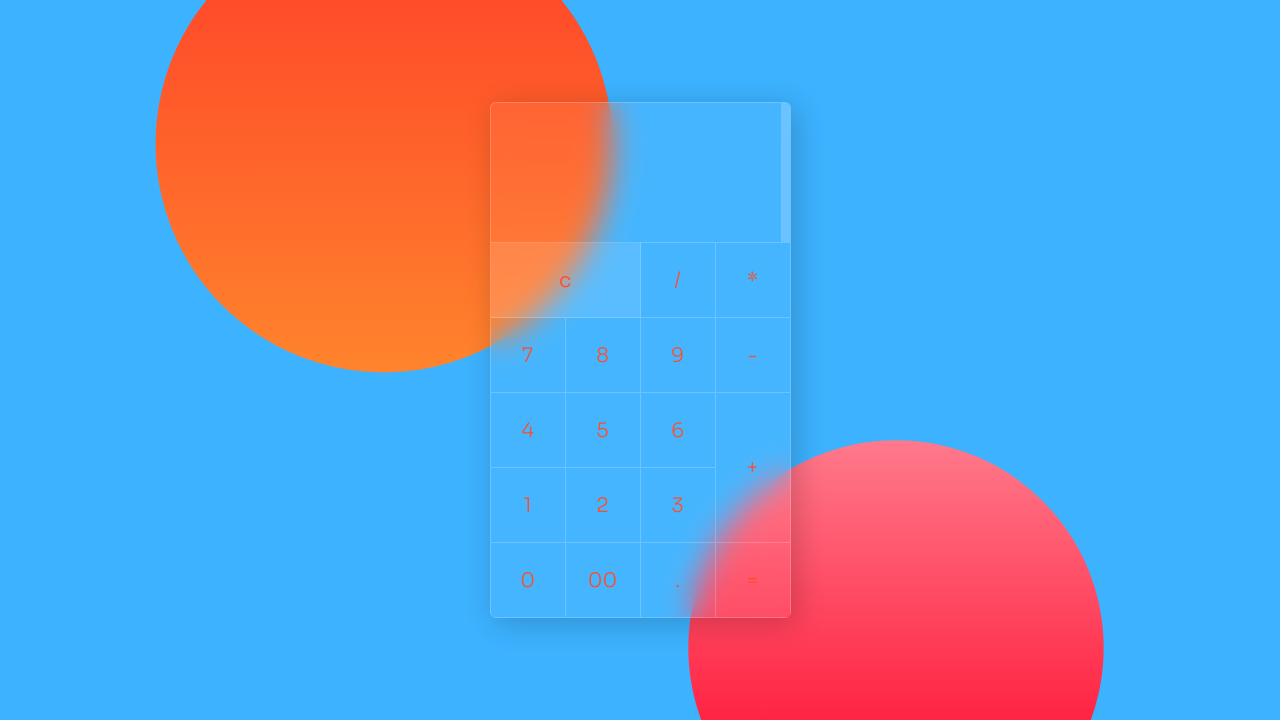
Repository: tharunkumaar404/Glass-Calci
Page: index.html
These files come from the project's save history. The page is drawn as it stood at one moment and after the next save; the edit follows.
The browser window is 1280 px wide. The pictures show the whole page.

Above is the page before, as saved 2021-08-26 15:08:05.

### index.html
<!DOCTYPE html>
<html lang="en">
<head>
    <meta charset="UTF-8">
    <meta http-equiv="X-UA-Compatible" content="IE=edge">
    <meta name="viewport" content="width=device-width, initial-scale=1.0">
    <title>Calculator</title>
    <link rel="stylesheet" href="styles.css">
</head>
<body>
    <div class="container">
        <form class="calculator" name="calc">
            <input type="text" readonly class="value" name="txt"/>
            <span class="num clear" onclick="calc.txt.value = ''">c</span>
            <span class="num" onclick="document.calc.txt.value +='/'">/</span>
            <span class="num" onclick="document.calc.txt.value +='*'">*</span>
            <span class="num" onclick="document.calc.txt.value +='7'">7</span>
            <span class="num" onclick="document.calc.txt.value +='8'">8</span>
            <span class="num" onclick="document.calc.txt.value +='9'">9</span>
            <span class="num" onclick="document.calc.txt.value +='-'">-</span>
            <span class="num" onclick="document.calc.txt.value +='4'">4</span>
            <span class="num " onclick="document.calc.txt.value +='5'">5</span>
            <span class="num" onclick="document.calc.txt.value +='6'">6</span>
            <span class="num plus" onclick="document.calc.txt.value +='+'">+</span>
            <span class="num" onclick="document.calc.txt.value +='1'">1</span>
            <span class="num" onclick="document.calc.txt.value +='2'">2</span>
            <span class="num" onclick="document.calc.txt.value +='3'">3</span>
            <span class="num" onclick="document.calc.txt.value +='0'">0</span>
            <span class="num" onclick="document.calc.txt.value +='00'">00</span>
            <span class="num" onclick="document.calc.txt.value +='.'"">.</span>
            <span class="num equal" onclick="document.calc.txt.value =eval(calc.txt.value)">=</span>
        </form>
    </div>
    <script type="text/javascript" src="vanilla-tilt.js"></script>
    <script type="text/javascript">
    	VanillaTilt.init(document.querySelector(".container"), {
    		max: 15,
    		speed: 400,
            glare: true,
            "max-glare":0.2,
            gyroscope:true,
    	});
    </script>
</body>
</html>

### styles.css
@import url('https://fonts.googleapis.com/css2?family=Sora:wght@300&display=swap');

*{
    margin: 0;
    padding: 0;
    box-sizing: border-box;
    font-family: 'Sora', sans-serif;
}

body{
display:flex;
justify-content: center;
align-items: center;
min-height: 100vh;
background: #3DB2FF;
}

body::before{
    content: '';
    position: absolute;
    top: 0;
    left:0;
    width: 100%;
    height:100%;
    background:linear-gradient(#FF4C29,#FFB830);
    clip-path: circle(22% at 30% 20%);
}
body::after{
    content: '';
    position: absolute;
    top: 0;
    left:0;
    width: 100%;
    height:100%;
    background:linear-gradient(#fff,#FF2442);
    clip-path: circle(20% at 70% 90%);
}

.container{
    position:relative;
    background: rgba(255,255,255,0.05);
    border-radius: 6px;
    overflow: hidden;
    z-index:10;
    backdrop-filter: blur(15px);
    border-top: 1px solid rgba(255,255,255,0.2);
    border-left:1px solid rgba(255,255,255,0.2);
    box-shadow: 5px 5px 30px rgba(0,0,0,0.2);

}

.container .calculator{
    position:relative;
    display:grid;

}

.container .calculator .value{
    grid-column: span 4;
    height: 140px;
    width:300px;
    text-align:right;
    border:none;
    outline:none;
    padding:10px;
    font-size:30px;
    background: transparent;
    color: #000;
    border-bottom: 1px solid rgba(255,255,255,0.2);
    border-right:10px solid rgba(255,255,255,0.2);


}
.container .calculator span {
    display:grid;
    place-items:center;
    height: 75px;
    width:75px;
    color: #FF4C29;
    cursor:pointer;
    font-weight:400;
    font-size:20px;
    user-select:none;
    border-bottom: 1px solid rgba(255,255,255,0.2);
    border-right:1px solid rgba(255,2555,255,0.2);
    transition: 0.5s;


}
.container .calculator span:hover{
    transition: 0s;
    background: rgba(255,255,255,0.1);
}

.container .calculator span:active{
    background: #1B1A17;
    color: #F7F3E9;
    font-size: 24px;
    font-weight: 500;

}
.container .calculator .clear{
    grid-column: span 2;
    width:150px;
    background: rgba(255,255,255,0.1);
}
.container .calculator .plus{
grid-row: span 2;
height:150px;
}

### vanilla-tilt.js
var VanillaTilt = (function () {
'use strict';

/**
 * Created by Sergiu Șandor (micku7zu) on 1/27/2017.
 * Original idea: https://github.com/gijsroge/tilt.js
 * MIT License.
 * Version 1.7.1
 */

class VanillaTilt {
  constructor(element, settings = {}) {
    if (!(element instanceof Node)) {
      throw ("Can't initialize VanillaTilt because " + element + " is not a Node.");
    }

    this.width = null;
    this.height = null;
    this.clientWidth = null;
    this.clientHeight = null;
    this.left = null;
    this.top = null;

    // for Gyroscope sampling
    this.gammazero = null;
    this.betazero = null;
    this.lastgammazero = null;
    this.lastbetazero = null;

    this.transitionTimeout = null;
    this.updateCall = null;
    this.event = null;

    this.updateBind = this.update.bind(this);
    this.resetBind = this.reset.bind(this);

    this.element = element;
    this.settings = this.extendSettings(settings);

    this.reverse = this.settings.reverse ? -1 : 1;
    this.glare = VanillaTilt.isSettingTrue(this.settings.glare);
    this.glarePrerender = VanillaTilt.isSettingTrue(this.settings["glare-prerender"]);
    this.fullPageListening = VanillaTilt.isSettingTrue(this.settings["full-page-listening"]);
    this.gyroscope = VanillaTilt.isSettingTrue(this.settings.gyroscope);
    this.gyroscopeSamples = this.settings.gyroscopeSamples;

    this.elementListener = this.getElementListener();

    if (this.glare) {
      this.prepareGlare();
    }

    if (this.fullPageListening) {
      this.updateClientSize();
    }

    this.addEventListeners();
    this.updateInitialPosition();
  }

  static isSettingTrue(setting) {
    return setting === "" || setting === true || setting === 1;
  }

  /**
   * Method returns element what will be listen mouse events
   * @return {Node}
   */
  getElementListener() {
    if (this.fullPageListening) {
      return window.document;
    }

    if (typeof this.settings["mouse-event-element"] === "string") {
      const mouseEventElement = document.querySelector(this.settings["mouse-event-element"]);

      if (mouseEventElement) {
        return mouseEventElement;
      }
    }

    if (this.settings["mouse-event-element"] instanceof Node) {
      return this.settings["mouse-event-element"];
    }

    return this.element;
  }

  /**
   * Method set listen methods for this.elementListener
   * @return {Node}
   */
  addEventListeners() {
    this.onMouseEnterBind = this.onMouseEnter.bind(this);
    this.onMouseMoveBind = this.onMouseMove.bind(this);
    this.onMouseLeaveBind = this.onMouseLeave.bind(this);
    this.onWindowResizeBind = this.onWindowResize.bind(this);
    this.onDeviceOrientationBind = this.onDeviceOrientation.bind(this);

    this.elementListener.addEventListener("mouseenter", this.onMouseEnterBind);
    this.elementListener.addEventListener("mouseleave", this.onMouseLeaveBind);
    this.elementListener.addEventListener("mousemove", this.onMouseMoveBind);

    if (this.glare || this.fullPageListening) {
      window.addEventListener("resize", this.onWindowResizeBind);
    }

    if (this.gyroscope) {
      window.addEventListener("deviceorientation", this.onDeviceOrientationBind);
    }
  }

  /**
   * Method remove event listeners from current this.elementListener
   */
  removeEventListeners() {
    this.elementListener.removeEventListener("mouseenter", this.onMouseEnterBind);
    this.elementListener.removeEventListener("mouseleave", this.onMouseLeaveBind);
    this.elementListener.removeEventListener("mousemove", this.onMouseMoveBind);

    if (this.gyroscope) {
      window.removeEventListener("deviceorientation", this.onDeviceOrientationBind);
    }

    if (this.glare || this.fullPageListening) {
      window.removeEventListener("resize", this.onWindowResizeBind);
    }
  }

  destroy() {
    clearTimeout(this.transitionTimeout);
    if (this.updateCall !== null) {
      cancelAnimationFrame(this.updateCall);
    }

    this.reset();

    this.removeEventListeners();
    this.element.vanillaTilt = null;
    delete this.element.vanillaTilt;

    this.element = null;
  }

  onDeviceOrientation(event) {
    if (event.gamma === null || event.beta === null) {
      return;
    }

    this.updateElementPosition();

    if (this.gyroscopeSamples > 0) {
      this.lastgammazero = this.gammazero;
      this.lastbetazero = this.betazero;

      if (this.gammazero === null) {
        this.gammazero = event.gamma;
        this.betazero = event.beta;
      } else {
        this.gammazero = (event.gamma + this.lastgammazero) / 2;
        this.betazero = (event.beta + this.lastbetazero) / 2;
      }

      this.gyroscopeSamples -= 1;
    }

    const totalAngleX = this.settings.gyroscopeMaxAngleX - this.settings.gyroscopeMinAngleX;
    const totalAngleY = this.settings.gyroscopeMaxAngleY - this.settings.gyroscopeMinAngleY;

    const degreesPerPixelX = totalAngleX / this.width;
    const degreesPerPixelY = totalAngleY / this.height;

    const angleX = event.gamma - (this.settings.gyroscopeMinAngleX + this.gammazero);
    const angleY = event.beta - (this.settings.gyroscopeMinAngleY + this.betazero);

    const posX = angleX / degreesPerPixelX;
    const posY = angleY / degreesPerPixelY;

    if (this.updateCall !== null) {
      cancelAnimationFrame(this.updateCall);
    }

    this.event = {
      clientX: posX + this.left,
      clientY: posY + this.top,
    };

    this.updateCall = requestAnimationFrame(this.updateBind);
  }

  onMouseEnter() {
    this.updateElementPosition();
    this.element.style.willChange = "transform";
    this.setTransition();
  }

  onMouseMove(event) {
    if (this.updateCall !== null) {
      cancelAnimationFrame(this.updateCall);
    }

    this.event = event;
    this.updateCall = requestAnimationFrame(this.updateBind);
  }

  onMouseLeave() {
    this.setTransition();

    if (this.settings.reset) {
      requestAnimationFrame(this.resetBind);
    }
  }

  reset() {
    this.event = {
      clientX: this.left + this.width / 2,
      clientY: this.top + this.height / 2
    };

    if (this.element && this.element.style) {
      this.element.style.transform = `perspective(${this.settings.perspective}px) ` +
        `rotateX(0deg) ` +
        `rotateY(0deg) ` +
        `scale3d(1, 1, 1)`;
    }

    this.resetGlare();
  }

  resetGlare() {
    if (this.glare) {
      this.glareElement.style.transform = "rotate(180deg) translate(-50%, -50%)";
      this.glareElement.style.opacity = "0";
    }
  }

  updateInitialPosition() {
    if (this.settings.startX === 0 && this.settings.startY === 0) {
      return;
    }

    this.onMouseEnter();

    if (this.fullPageListening) {
      this.event = {
        clientX: (this.settings.startX + this.settings.max) / (2 * this.settings.max) * this.clientWidth,
        clientY: (this.settings.startY + this.settings.max) / (2 * this.settings.max) * this.clientHeight
      };
    } else {
      this.event = {
        clientX: this.left + ((this.settings.startX + this.settings.max) / (2 * this.settings.max) * this.width),
        clientY: this.top + ((this.settings.startY + this.settings.max) / (2 * this.settings.max) * this.height)
      };
    }


    let backupScale = this.settings.scale;
    this.settings.scale = 1;
    this.update();
    this.settings.scale = backupScale;
    this.resetGlare();
  }

  getValues() {
    let x, y;

    if (this.fullPageListening) {
      x = this.event.clientX / this.clientWidth;
      y = this.event.clientY / this.clientHeight;
    } else {
      x = (this.event.clientX - this.left) / this.width;
      y = (this.event.clientY - this.top) / this.height;
    }

    x = Math.min(Math.max(x, 0), 1);
    y = Math.min(Math.max(y, 0), 1);

    let tiltX = (this.reverse * (this.settings.max - x * this.settings.max * 2)).toFixed(2);
    let tiltY = (this.reverse * (y * this.settings.max * 2 - this.settings.max)).toFixed(2);
    let angle = Math.atan2(this.event.clientX - (this.left + this.width / 2), -(this.event.clientY - (this.top + this.height / 2))) * (180 / Math.PI);

    return {
      tiltX: tiltX,
      tiltY: tiltY,
      percentageX: x * 100,
      percentageY: y * 100,
      angle: angle
    };
  }

  updateElementPosition() {
    let rect = this.element.getBoundingClientRect();

    this.width = this.element.offsetWidth;
    this.height = this.element.offsetHeight;
    this.left = rect.left;
    this.top = rect.top;
  }

  update() {
    let values = this.getValues();

    this.element.style.transform = "perspective(" + this.settings.perspective + "px) " +
      "rotateX(" + (this.settings.axis === "x" ? 0 : values.tiltY) + "deg) " +
      "rotateY(" + (this.settings.axis === "y" ? 0 : values.tiltX) + "deg) " +
      "scale3d(" + this.settings.scale + ", " + this.settings.scale + ", " + this.settings.scale + ")";

    if (this.glare) {
      this.glareElement.style.transform = `rotate(${values.angle}deg) translate(-50%, -50%)`;
      this.glareElement.style.opacity = `${values.percentageY * this.settings["max-glare"] / 100}`;
    }

    this.element.dispatchEvent(new CustomEvent("tiltChange", {
      "detail": values
    }));

    this.updateCall = null;
  }

  /**
   * Appends the glare element (if glarePrerender equals false)
   * and sets the default style
   */
  prepareGlare() {
    // If option pre-render is enabled we assume all html/css is present for an optimal glare effect.
    if (!this.glarePrerender) {
      // Create glare element
      const jsTiltGlare = document.createElement("div");
      jsTiltGlare.classList.add("js-tilt-glare");

      const jsTiltGlareInner = document.createElement("div");
      jsTiltGlareInner.classList.add("js-tilt-glare-inner");

      jsTiltGlare.appendChild(jsTiltGlareInner);
      this.element.appendChild(jsTiltGlare);
    }

    this.glareElementWrapper = this.element.querySelector(".js-tilt-glare");
    this.glareElement = this.element.querySelector(".js-tilt-glare-inner");

    if (this.glarePrerender) {
      return;
    }

    Object.assign(this.glareElementWrapper.style, {
      "position": "absolute",
      "top": "0",
      "left": "0",
      "width": "100%",
      "height": "100%",
      "overflow": "hidden",
      "pointer-events": "none"
    });

    Object.assign(this.glareElement.style, {
      "position": "absolute",
      "top": "50%",
      "left": "50%",
      "pointer-events": "none",
      "background-image": `linear-gradient(0deg, rgba(255,255,255,0) 0%, rgba(255,255,255,1) 100%)`,
      "width": `${this.element.offsetWidth * 2}px`,
      "height": `${this.element.offsetWidth * 2}px`,
      "transform": "rotate(180deg) translate(-50%, -50%)",
      "transform-origin": "0% 0%",
      "opacity": "0",
    });
  }

  updateGlareSize() {
    if (this.glare) {
      Object.assign(this.glareElement.style, {
        "width": `${this.element.offsetWidth * 2}`,
        "height": `${this.element.offsetWidth * 2}`,
      });
    }
  }

  updateClientSize() {
    this.clientWidth = window.innerWidth
      || document.documentElement.clientWidth
      || document.body.clientWidth;

    this.clientHeight = window.innerHeight
      || document.documentElement.clientHeight
      || document.body.clientHeight;
  }

  onWindowResize() {
    this.updateGlareSize();
    this.updateClientSize();
  }

  setTransition() {
    clearTimeout(this.transitionTimeout);
    this.element.style.transition = this.settings.speed + "ms " + this.settings.easing;
    if (this.glare) this.glareElement.style.transition = `opacity ${this.settings.speed}ms ${this.settings.easing}`;

    this.transitionTimeout = setTimeout(() => {
      this.element.style.transition = "";
      if (this.glare) {
        this.glareElement.style.transition = "";
      }
    }, this.settings.speed);

  }

  /**
   * Method return patched settings of instance
   * @param {boolean} settings.reverse - reverse the tilt direction
   * @param {number} settings.max - max tilt rotation (degrees)
   * @param {startX} settings.startX - the starting tilt on the X axis, in degrees. Default: 0
   * @param {startY} settings.startY - the starting tilt on the Y axis, in degrees. Default: 0
   * @param {number} settings.perspective - Transform perspective, the lower the more extreme the tilt gets
   * @param {string} settings.easing - Easing on enter/exit
   * @param {number} settings.scale - 2 = 200%, 1.5 = 150%, etc..
   * @param {number} settings.speed - Speed of the enter/exit transition
   * @param {boolean} settings.transition - Set a transition on enter/exit
   * @param {string|null} settings.axis - What axis should be disabled. Can be X or Y
   * @param {boolean} settings.glare - What axis should be disabled. Can be X or Y
   * @param {number} settings.max-glare - the maximum "glare" opacity (1 = 100%, 0.5 = 50%)
   * @param {boolean} settings.glare-prerender - false = VanillaTilt creates the glare elements for you, otherwise
   * @param {boolean} settings.full-page-listening - If true, parallax effect will listen to mouse move events on the whole document, not only the selected element
   * @param {string|object} settings.mouse-event-element - String selector or link to HTML-element what will be listen mouse events
   * @param {boolean} settings.reset - false = If the tilt effect has to be reset on exit
   * @param {gyroscope} settings.gyroscope - Enable tilting by deviceorientation events
   * @param {gyroscopeSensitivity} settings.gyroscopeSensitivity - Between 0 and 1 - The angle at which max tilt position is reached. 1 = 90deg, 0.5 = 45deg, etc..
   * @param {gyroscopeSamples} settings.gyroscopeSamples - How many gyroscope moves to decide the starting position.
   */
  extendSettings(settings) {
    let defaultSettings = {
      reverse: false,
      max: 15,
      startX: 0,
      startY: 0,
      perspective: 1000,
      easing: "cubic-bezier(.03,.98,.52,.99)",
      scale: 1,
      speed: 300,
      transition: true,
      axis: null,
      glare: false,
      "max-glare": 1,
      "glare-prerender": false,
      "full-page-listening": false,
      "mouse-event-element": null,
      reset: true,
      gyroscope: true,
      gyroscopeMinAngleX: -45,
      gyroscopeMaxAngleX: 45,
      gyroscopeMinAngleY: -45,
      gyroscopeMaxAngleY: 45,
      gyroscopeSamples: 10
    };

    let newSettings = {};
    for (var property in defaultSettings) {
      if (property in settings) {
        newSettings[property] = settings[property];
      } else if (this.element.hasAttribute("data-tilt-" + property)) {
        let attribute = this.element.getAttribute("data-tilt-" + property);
        try {
          newSettings[property] = JSON.parse(attribute);
        } catch (e) {
          newSettings[property] = attribute;
        }

      } else {
        newSettings[property] = defaultSettings[property];
      }
    }

    return newSettings;
  }

  static init(elements, settings) {
    if (elements instanceof Node) {
      elements = [elements];
    }

    if (elements instanceof NodeList) {
      elements = [].slice.call(elements);
    }

    if (!(elements instanceof Array)) {
      return;
    }

    elements.forEach((element) => {
      if (!("vanillaTilt" in element)) {
        element.vanillaTilt = new VanillaTilt(element, settings);
      }
    });
  }
}

if (typeof document !== "undefined") {
  /* expose the class to window */
  window.VanillaTilt = VanillaTilt;

  /**
   * Auto load
   */
  VanillaTilt.init(document.querySelectorAll("[data-tilt]"));
}

return VanillaTilt;

}());

After the next save:
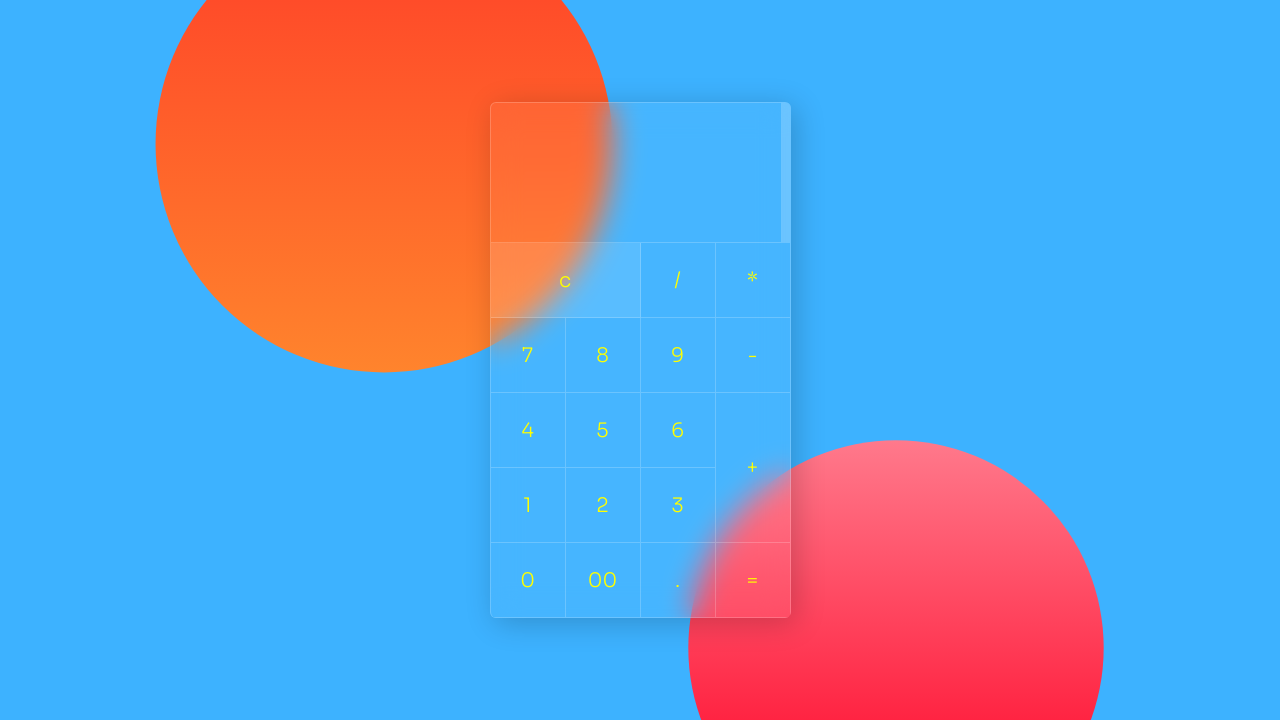
Saved 9 s later.
--- a/styles.css
+++ b/styles.css
@@ -76,7 +76,7 @@ body::after{
     place-items:center;
     height: 75px;
     width:75px;
-    color: #FF4C29;
+    color:yellow;
     cursor:pointer;
     font-weight:400;
     font-size:20px;
